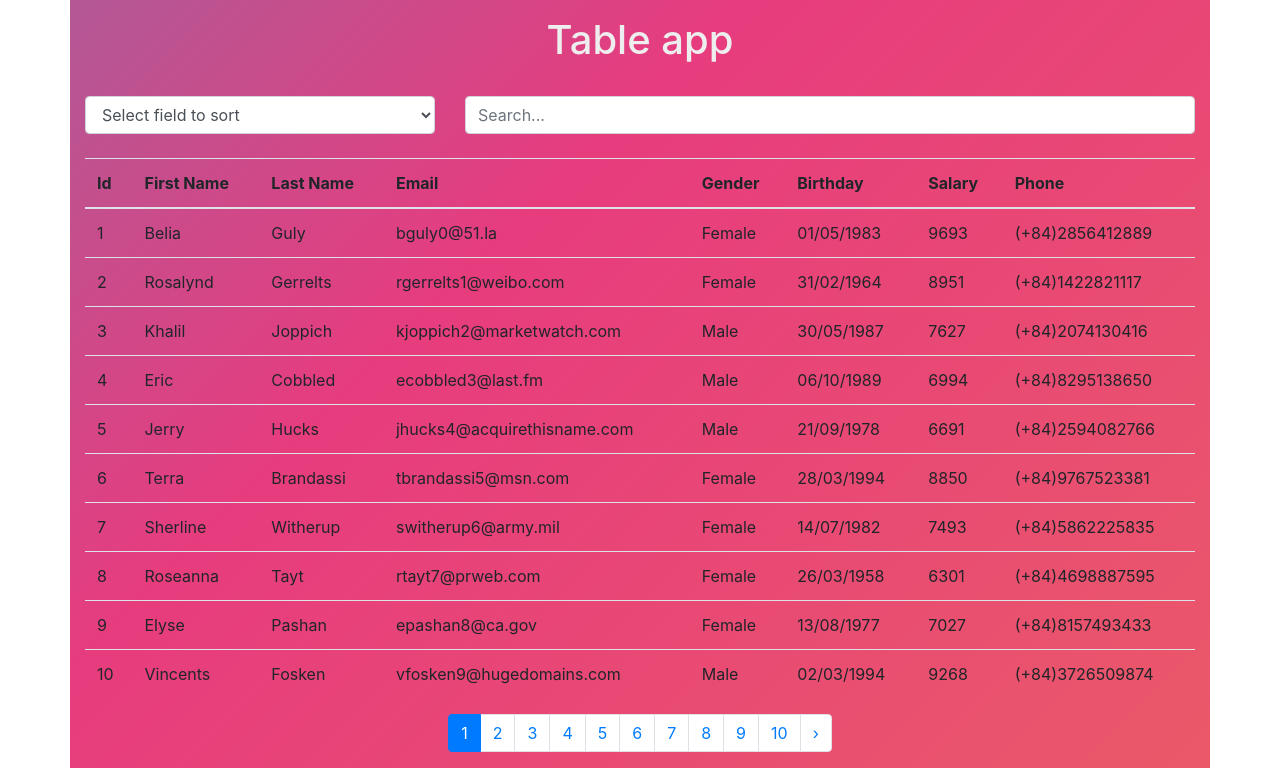
Repository: nguy3nds/table-app
Page: /
These files come from the project's save history. The page is drawn as it stood at one moment and after the next save; the edit follows.
The browser window is 1280 px wide. The pictures show the whole page.
The project was rebuilt for these pictures with package versions that can differ from the ones it lists, and the page was loaded fresh each time.

Above is the page before, as saved 2021-09-21 15:33:42.

After the next save:
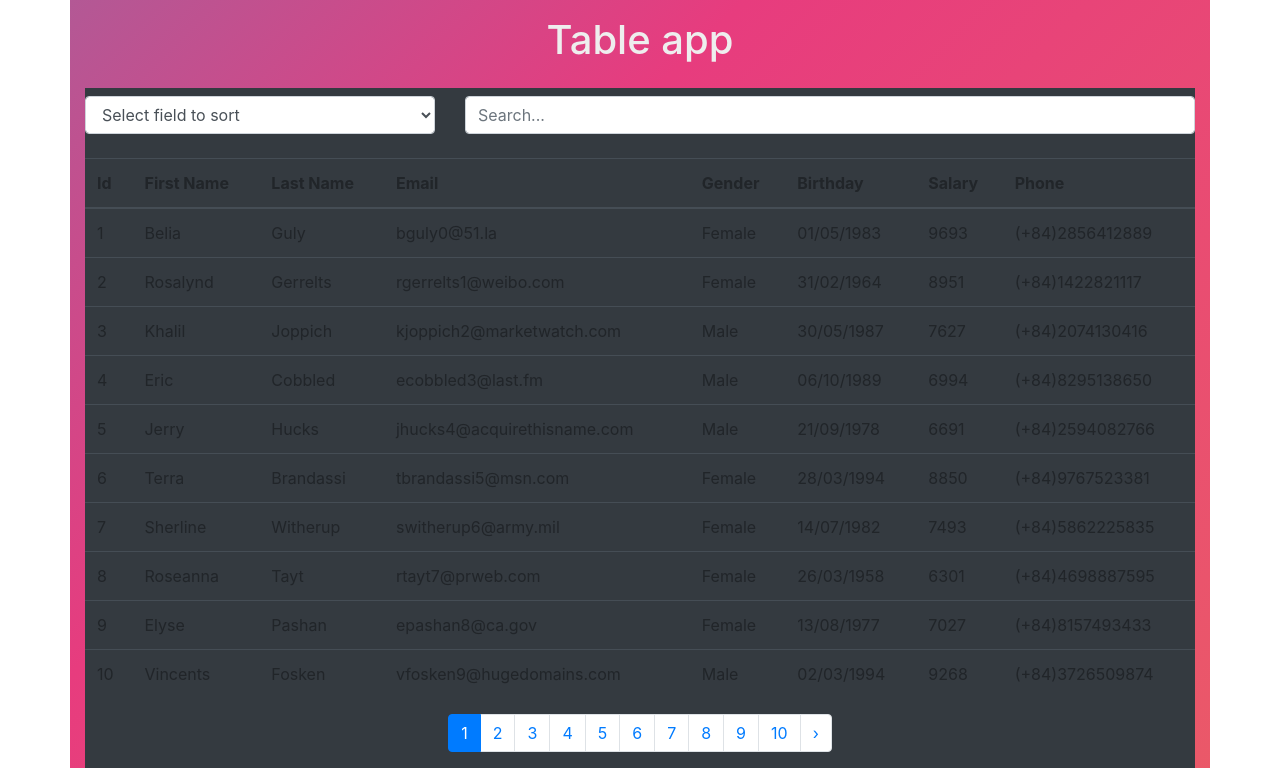
Saved 43 s later.
--- a/src/App.tsx
+++ b/src/App.tsx
@@ -76,7 +76,7 @@ const App: React.FC = () => {
     <div className="App">
       <Container className={styles.tableModify}>
         <h1 className="text-center p-3">Table app</h1>
-        <Table className="table-white">
+        <Table className="table-dark">
           <Row className="my-2">
             <Col md="4">
               <SelectionBox handleSelection={onSort} />
